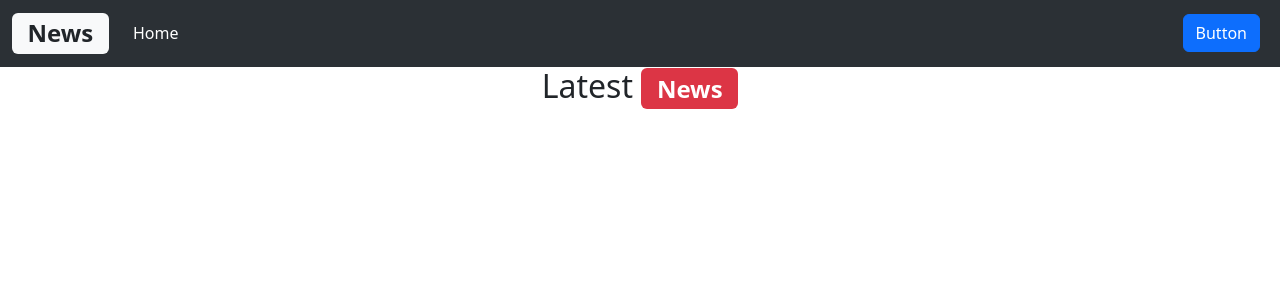
Repository: sshaiv/News_app
Page: /signup
An editor plug-in stored every save of this project. The page is shown before and after a run of saves, followed by the edit.
The browser window is 1280 px wide. The pictures show the whole page.
The page's requests for data from a server got no answer. The project was rebuilt for these pictures with package versions that can differ from the ones it lists, and the page was loaded fresh each time. No one was signed in, and anything a server would have sent is missing. Also part of the build but not shown: vite.config.js, src/Components/NewsItem.jsx, src/index.css.

Above is the page before, as saved 2024-07-15 12:13:58.

### index.html
<!doctype html>
<html lang="en">
  <head>
    <meta charset="UTF-8" />

    <meta name="viewport" content="width=device-width, initial-scale=1.0" />
    <title>News Mag</title>
    <link href="https://cdn.jsdelivr.net/npm/bootstrap@5.3.3/dist/css/bootstrap.min.css" rel="stylesheet" integrity="sha384-QWTKZyjpPEjISv5WaRU9OFeRpok6YctnYmDr5pNlyT2bRjXh0JMhjY6hW+ALEwIH" crossorigin="anonymous">
  </head>
  <body>
    <div id="root"></div>
    <script type="module" src="/src/main.jsx"></script>
    <script src="https://cdn.jsdelivr.net/npm/bootstrap@5.3.3/dist/js/bootstrap.bundle.min.js" integrity="sha384-YvpcrYf0tY3lHB60NNkmXc5s9fDVZLESaAA55NDzOxhy9GkcIdslK1eN7N6jIeHz" crossorigin="anonymous"></script>
  </body>
</html>

### src/App.jsx
// import React from 'react'
import Navbar from "./Components/Navbar"
import NewsBoard from "./Components/NewsBoard"
const App = () => {
  return (
    <div>
    <Navbar/>
    <NewsBoard/>


    </div>
  )
}

export default App

### src/Components/Navbar.jsx


const Navbar = () => {
  return (
    <div>
      <nav className="navbar navbar-expand-lg bg-body-tertiary" data-bs-theme="dark">
  <div className="container-fluid">
    <a className="navbar-brand" href="#"> <span className="badge bg-light  text-dark fs-4">News</span> </a>
    <button className="navbar-toggler" type="button" data-bs-toggle="collapse" data-bs-target="#navbarNav" aria-controls="navbarNav" aria-expanded="false" aria-label="Toggle navigation">
      <span className="navbar-toggler-icon"></span>
    </button>
    <div className="collapse navbar-collapse" id="navbarNav">
      <ul className="navbar-nav">
        <li className="nav-item">
          <a className="nav-link active" aria-current="page" href="#">Home</a>
        </li>
      </ul>
    </div>

    <div class="d-grid gap-2 d-md-flex justify-content-md-end">
  <button class="btn btn-primary me-md-2" type="button">Button</button>
</div>
  </div>
</nav>
    </div>
  )
}

export default Navbar

### src/Components/NewsBoard.jsx
import { useEffect } from "react";
import { useState } from "react"
import NewsItem from "./NewsItem";

const NewsBoard = () => {

    const [articles,setArticles]=useState([]);

useEffect(()=>{
    let url = `https://newsapi.org/v2/top-headlines?country=us&category=business&apiKey=${import.meta.env.VITE_API_KEY}`;
    fetch(url).then(response=>response.json()).then(data=>setArticles(data.articles));
},[])

  return (
    <div>
      <h2 className="text-center">Latest <span className="badge bg-danger">News</span> </h2>
    {articles.map((news,index)=>{
        return <NewsItem key={index} title={news.title} description={news.description} src={news.urlToImage}  url={news.url} />
    })}
    </div>
  )
}

export default NewsBoard

Loaded but not shown: src/main.jsx (common file)

After the next 2 saves:
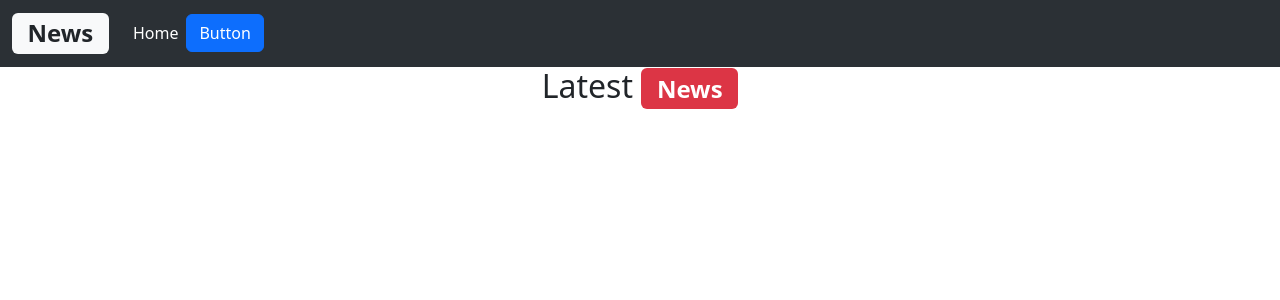
The 2 saves are shown as one change because they came seconds apart.
The last was saved 31 s later.
--- a/src/Components/Navbar.jsx
+++ b/src/Components/Navbar.jsx
@@ -15,11 +15,12 @@ const Navbar = () => {
           <a className="nav-link active" aria-current="page" href="#">Home</a>
         </li>
       </ul>
+      <div class="d-grid gap-2 d-md-flex justify-content-md-end">
+  <button class="btn btn-primary me-md-2" type="button">Button</button>
+</div>
     </div>
 
-    <div class="d-grid gap-2 d-md-flex justify-content-md-end">
-  <button class="btn btn-primary me-md-2" type="button">Button</button>
-</div>
+
   </div>
 </nav>
     </div>
